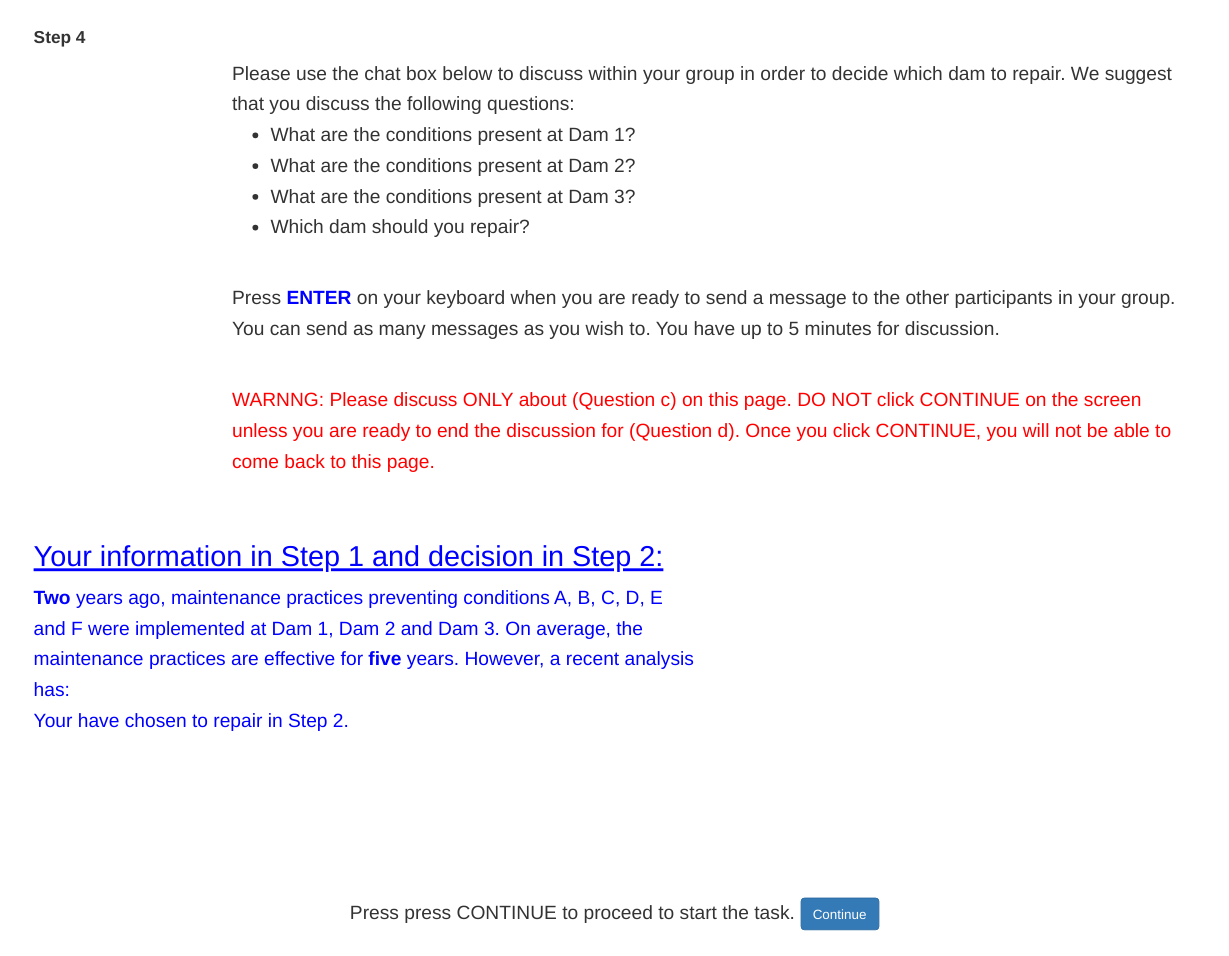
Repository: zmikaya/behavecon
Page: templates/group/Priming3Dams/Priming3Dams_p19.html
The author's editor kept a record of every edit. The page is drawn from the files as they stood at one moment, then again after the next edit.
The browser window is 1280 px wide. The pictures show the whole page, at 96% of full size.
The template is drawn by Django 2.2. The application's start-up code is not run. Other server files are loaded and not shown. The template is opened directly, without the code that normally fills it, so the values that code supplies are empty.

Above is the page before.
Console error: TypeError: Cannot read properties of null (reading 'getAttribute')

### templates/group/Priming3Dams/Priming3Dams_p19.html
{% extends 'sidebar-base.html' %}
{% load staticfiles %}

{% block body_block %}
    <!-- Page Content -->
    <div id="page-content-wrapper">
        <div class="container-fluid">
            <div class="progess-northwest">
                <h4><b>Step 4</b></h4>
            </div>
            <div class="row">
                <div class="col-lg-2"></div>
               <div class="col-lg-10 left-align-no-margin">
                    <p class="no-margin">Please use the chat box below to
                        discuss within your group in order to decide which dam
                        to repair. We suggest that you discuss the following
                        questions:</p>
                    <ul>
                        <li>What are the conditions present at Dam 1?</li>
                        <li>What are the conditions present at Dam 2?</li>
                        <li>What are the conditions present at Dam 3?</li>
                        <li>Which dam should you repair?</li>
                    </ul>
                    <p><br>Press <b><font color="blue">ENTER</font></b> on your
                        keyboard when you are ready to send a message to the other
                        participants in your group. You can send as many messages
                        as you wish to. You have up to 5 minutes for discussion.</p>
                    <p><br><font color="red">WARNNG: Please discuss ONLY about
                        (Question c) on this page. DO NOT click CONTINUE on the
                        screen unless you are ready to end the discussion for
                        (Question d). Once you click CONTINUE, you will not be
                        able to come back to this page.</font></p>
                </div>
            </div>
            <div class="row">
                <div class="col-lg-7 left-align">
                    <h2><font color="blue"><u>Your information in Step 1 and
                        decision in Step 2:</u></font></h2>
                    <p>
                        <font color="blue">
                            <b>Two</b> years ago, maintenance practices preventing conditions A, B, C, D, E and F were implemented at Dam 1, Dam 2 and Dam 3. On average, the maintenance practices are effective for <b>five</b>  years. However, a recent analysis has:
                            {% block info_block %}{% endblock %}
                            <br>Your have chosen to repair <b>{{damChoice}}</b> in Step 2.
                        </font>
                    </p>
                </div>
                {% if username %}
                {% if chat_room %}
                    <div id="tlkio" class="col-lg-5 chat" data-channel="{{ chat_room }}" data-nickname="{{ username }}" style="width:40%;height:400px;"></div>
                {% endif %}
                {% endif %}
            </div>
            <div class="row">
                <div class="col-lg-12 center">
                    <div>
                        <p class="inline continue">Press press CONTINUE to proceed to start the task.</p>
                        <!--<button type="button" class="btn btn-primary next" onclick="ajaxGetPage('p20')">Continue</button>-->
                        <a id="continue" class="btn btn-primary next"  href="/Category3Dams/p20">Continue</a>
                    </div>
                </div>
            </div>
                    <!--<a href="#menu-toggle" class="btn btn-default" id="menu-toggle">Toggle Menu</a>-->
        </div>
    </div>
    <!-- /#page-content-wrapper -->
{% endblock %}

### templates/sidebar-base.html
<!DOCTYPE html>
{% load staticfiles %}
<html lang="en">

<head>

    <meta charset="utf-8">
    <meta http-equiv="X-UA-Compatible" content="IE=edge">
    <meta name="viewport" content="width=device-width, initial-scale=1">
    <meta name="description" content="">
    <meta name="author" content="">

    <title>BehaveCon</title>

    <!-- Bootstrap Core CSS -->
    <link href="{% static "css/bootstrap.min.css" %}" rel="stylesheet">

    <!-- Custom CSS -->
    <link href="{% static "css/simple-sidebar.css" %}" rel="stylesheet">

    <link href="{% static "css/style.css" %}" rel="stylesheet">

    <script src="{% static "js/jquery.js" %}"></script>

    <script src="{% static "js/embed.js" %}" type="text/javascript"></script>

    <!-- HTML5 Shim and Respond.js IE8 support of HTML5 elements and media queries -->
    <!-- WARNING: Respond.js doesn't work if you view the page via file:// -->
    <!--[if lt IE 9]>
        <script src="https://oss.maxcdn.com/libs/html5shiv/3.7.0/html5shiv.js"></script>
        <script src="https://oss.maxcdn.com/libs/respond.js/1.4.2/respond.min.js"></script>
    <![endif]-->


</head>

<body>

    <!--<div id="wrapper">-->

        <!-- Sidebar -->
    <!--    <div id="sidebar-wrapper">-->
    <!--        <ul class="sidebar-nav">-->
    <!--            <li class="sidebar-brand">-->
    <!--                <a href="#">-->
    <!--                    Start Bootstrap-->
    <!--                </a>-->
    <!--            </li>-->
    <!--            <li>-->
    <!--                <a href="#">Dashboard</a>-->
    <!--            </li>-->
    <!--            <li>-->
    <!--                <a href="#">Shortcuts</a>-->
    <!--            </li>-->
    <!--            <li>-->
    <!--                <a href="#">Overview</a>-->
    <!--            </li>-->
    <!--            <li>-->
    <!--                <a href="#">Events</a>-->
    <!--            </li>-->
    <!--            <li>-->
    <!--                <a href="#">About</a>-->
    <!--            </li>-->
    <!--            <li>-->
    <!--                <a href="#">Services</a>-->
    <!--            </li>-->
    <!--            <li>-->
    <!--                <a href="#">Contact</a>-->
    <!--            </li>-->
    <!--        </ul>-->
    <!--    </div>-->
        <!-- /#sidebar-wrapper -->

        <!-- Page Content -->
        {% block body_block %}{% endblock %}
    <!-- /#wrapper -->

    <!-- jQuery -->
    <script src="{% static "js/jquery.js" %}"></script>

    <!-- Bootstrap Core JavaScript -->
    <script src="{% static "js/bootstrap.min.js" %}"></script>

    <script src="{% static "js/script.js" %}"></script>

    <!-- Menu Toggle Script -->
    <script>
    $("#menu-toggle").click(function(e) {
        e.preventDefault();
        $("#wrapper").toggleClass("toggled");
    });
    </script>

</body>

</html>

### static/css/simple-sidebar.css
/*!
 * Start Bootstrap - Simple Sidebar HTML Template (http://startbootstrap.com)
 * Code licensed under the Apache License v2.0.
 * For details, see http://www.apache.org/licenses/LICENSE-2.0.
 */

/* Toggle Styles */

#wrapper {
    padding-left: 0;
    -webkit-transition: all 0.5s ease;
    -moz-transition: all 0.5s ease;
    -o-transition: all 0.5s ease;
    transition: all 0.5s ease;
}

#wrapper.toggled {
    padding-left: 250px;
}

#sidebar-wrapper {
    z-index: 1000;
    position: fixed;
    left: 250px;
    width: 0;
    height: 100%;
    margin-left: -250px;
    overflow-y: auto;
    background: #000;
    -webkit-transition: all 0.5s ease;
    -moz-transition: all 0.5s ease;
    -o-transition: all 0.5s ease;
    transition: all 0.5s ease;
}

#wrapper.toggled #sidebar-wrapper {
    width: 250px;
}

#page-content-wrapper {
    width: 100%;
    position: absolute;
    padding: 15px;
}

#wrapper.toggled #page-content-wrapper {
    position: absolute;
    margin-right: -250px;
}

/* Sidebar Styles */

.sidebar-nav {
    position: absolute;
    top: 0;
    width: 250px;
    margin: 0;
    padding: 0;
    list-style: none;
}

.sidebar-nav li {
    text-indent: 20px;
    line-height: 40px;
}

.sidebar-nav li a {
    display: block;
    text-decoration: none;
    color: #999999;
}

.sidebar-nav li a:hover {
    text-decoration: none;
    color: #fff;
    background: rgba(255,255,255,0.2);
}

.sidebar-nav li a:active,
.sidebar-nav li a:focus {
    text-decoration: none;
}

.sidebar-nav > .sidebar-brand {
    height: 65px;
    font-size: 18px;
    line-height: 60px;
}

.sidebar-nav > .sidebar-brand a {
    color: #999999;
}

.sidebar-nav > .sidebar-brand a:hover {
    color: #fff;
    background: none;
}

@media(min-width:768px) {
    #wrapper {
        padding-left: 250px;
    }

    #wrapper.toggled {
        padding-left: 0;
    }

    #sidebar-wrapper {
        width: 250px;
    }

    #wrapper.toggled #sidebar-wrapper {
        width: 0;
    }

    #page-content-wrapper {
        padding: 20px;
        position: relative;
    }

    #wrapper.toggled #page-content-wrapper {
        position: relative;
        margin-right: 0;
    }
}

### static/css/style.css
.center {
    text-align: center;
    font-size: 20px;
    margin-top: 3%;
    line-height: 160%;
}

.left-align {
    font-size: 20px;
    margin-top: 3%;
    line-height: 160%;
}

.left-align-width {
    font-size: 20px;
    margin-top: 3%;
    line-height: 160%;
    width: 80% !important;
}

.left-align-no-margin {
    font-size: 20px;
    margin-top: 0;
    line-height: 160%;
}

.inline {
    display: inline-block;
}

.continue {
    margin-top: 10%;
}

.text {
    font-size: 20px;
    line-height: 160%;
}

.left {
    margin-top: 3%;
    width: 50%;
    float: left;
}

.right {
    margin-top: 3%;
    width: 50%;
    float: right;
}

.damTable {
    max-height: 100%;
    max-width: 100%;
    margin-top: 15%;
}

.damContinue {
    float: right;
    font-size: 20px;
    padding-right: 5%;
}

.bullet-points li {
    margin-bottom: 2%;
}

.practice-ml-row{
    height: 150px;
    border-bottom: thick solid #A69F9F;
}

.col-md-6 p{
    margin: 0;
    transform: translateY(50%);
}

.table-center {
    transform: translateY(50%);
}

.table-3-center {
    transform: translateY(20%);
}

.list-no-style {
    list-style-type: none;
}

.list-inline {
    vertical-align: top;
}

.table-inline {
    display: inline-block;
}
.border{
    height: 100%;
    border-left: thick solid #A69F9F;
}

.no-margin {
    margin: 0;
}

.chat {
    margin-top: 4%;
}

.enterinfo {
    width: 15%;
}

.error-msg {
    color: red;
}

.npresent {
    padding-left: 35px;
}



#leftAnswers {
    margin-top: 5%;
}

#black-border {
    border: solid black;
}

### static/js/embed.js
function tlkioOnload() {
    var target_element  = document.getElementById('tlkio'),
        channel_name    = target_element.getAttribute('data-channel'),
        custom_css_path = target_element.getAttribute('data-theme'),
        nickname        = target_element.getAttribute('data-nickname'),
        iframe          = document.createElement('iframe');

    // var iframe_src = 'http://embed.lvh.me:3000/' + channel_name,
    var iframe_src = '//embed.tlk.io/' + channel_name,
        iframe_query = [];


    if (custom_css_path && custom_css_path.length > 0) {
      iframe_query.push('custom_css_path=' + custom_css_path);
    }

    if (nickname && nickname.length > 0) {
      iframe_query.push('nickname=' + nickname);
    }

    if (iframe_query.length > 0) {
      iframe_src += '?' + iframe_query.join('&')
    }

    iframe.setAttribute('src', iframe_src);
    iframe.setAttribute('width', '100%');
    iframe.setAttribute('height', '100%');
    iframe.setAttribute('frameborder', '0');
    iframe.setAttribute('style', 'margin-bottom: -8px;');

    var current_style = target_element.getAttribute('style');
    target_element.setAttribute('style', 'overflow: auto; -webkit-overflow-scrolling: touch;' + current_style);

    target_element.appendChild(iframe);
};

### static/js/script.js
var url = "/Category3Dams/"

function getCookie(name) {
    var cookieValue = null;
    if (document.cookie && document.cookie != '') {
        var cookies = document.cookie.split(';');
        for (var i = 0; i < cookies.length; i++) {
            var cookie = jQuery.trim(cookies[i]);
            // Does this cookie string begin with the name we want?
            if (cookie.substring(0, name.length + 1) == (name + '=')) {
                cookieValue = decodeURIComponent(cookie.substring(name.length + 1));
                break;
            }
        }
    }
    return cookieValue;
}


// $('.next').click(function(){
//     var csrftoken = getCookie('csrftoken');
//     var id = $("#enterid").val();
//     var page = $(this).attr('id')+'/';
//     $.ajax({
//       type: "POST",
//       url: url + page,
//       data: {
//           'id': id,
//           'csrfmiddlewaretoken': csrftoken
//         },
//         success: nextPage,
//         dataType: 'html'
//     });
// });

function dictToList(dict) {
    var keys = Object.keys(dict).sort()
    var data = [];
    for (var i=0; i<keys.length; i++) {
        data.push(dict[keys[i]]);
    }
    return data
}

function ajaxGetPage(page, data){
    var csrftoken = getCookie('csrftoken');
    console.log(url+page)
    var id = $("#enterid").val();
    // var page = $(this).attr('id')+'/';
    if (data) {
        var out = JSON.stringify(dictToList(data));
        console.log(out)
        $.ajax({
          type: "POST",
          url: url + page,
          data: {
              'data': out,
              'csrfmiddlewaretoken': csrftoken
            },
            success: nextPage,
            dataType: 'html'
        });
    }
    else {
        $.ajax({
          type: "POST",
          url: url + page,
          data: {
              'id': id,
              'csrfmiddlewaretoken': csrftoken
            },
            success: nextPage,
            dataType: 'html'
        });
    }
};

function ajaxSendData(page, data){
    var csrftoken = getCookie('csrftoken');
    console.log(url+page)
    var id = $("#enterid").val();
    // var page = $(this).attr('id')+'/';
    if (data) {
        var out = JSON.stringify(dictToList(data));
        console.log(out)
        $.ajax({
          type: "POST",
          url: url + page,
          data: {
              'data': out,
              'csrfmiddlewaretoken': csrftoken
            },
            success: emptyReturn,
            dataType: 'html'
        });
    }
}


function emptyReturn(data, textStatus, jqXHR){
    // var data = $.parseHTML(data);
    // console.log(data)
    // $("html").empty();
    // for(var i=0; i<data.length; i++){
    //     $("html").append(data[i])
    // }
    // if (tlkioOnload) {
    //     tlkioOnload();
    // }
}

// if (tlkioOnload) {
//     tlkioOnload();
// }


// handles the returned html/data from Django
// clears existing body, then replaces it with returned html
var test = null;
function nextPage(data, textStatus, jqXHR){
    test = data;
    var data = $.parseHTML(data);
    console.log(data)
    $("html").empty();
    for(var i=0; i<data.length; i++){
        $("html").append(data[i])
    }
    if (tlkioOnload) {
        tlkioOnload();
    }
}

if (tlkioOnload) {
    tlkioOnload();
}

Loaded but not shown: static/css/bootstrap.min.css (library); static/js/jquery.js (library); static/js/bootstrap.min.js (library)

After the next edit:
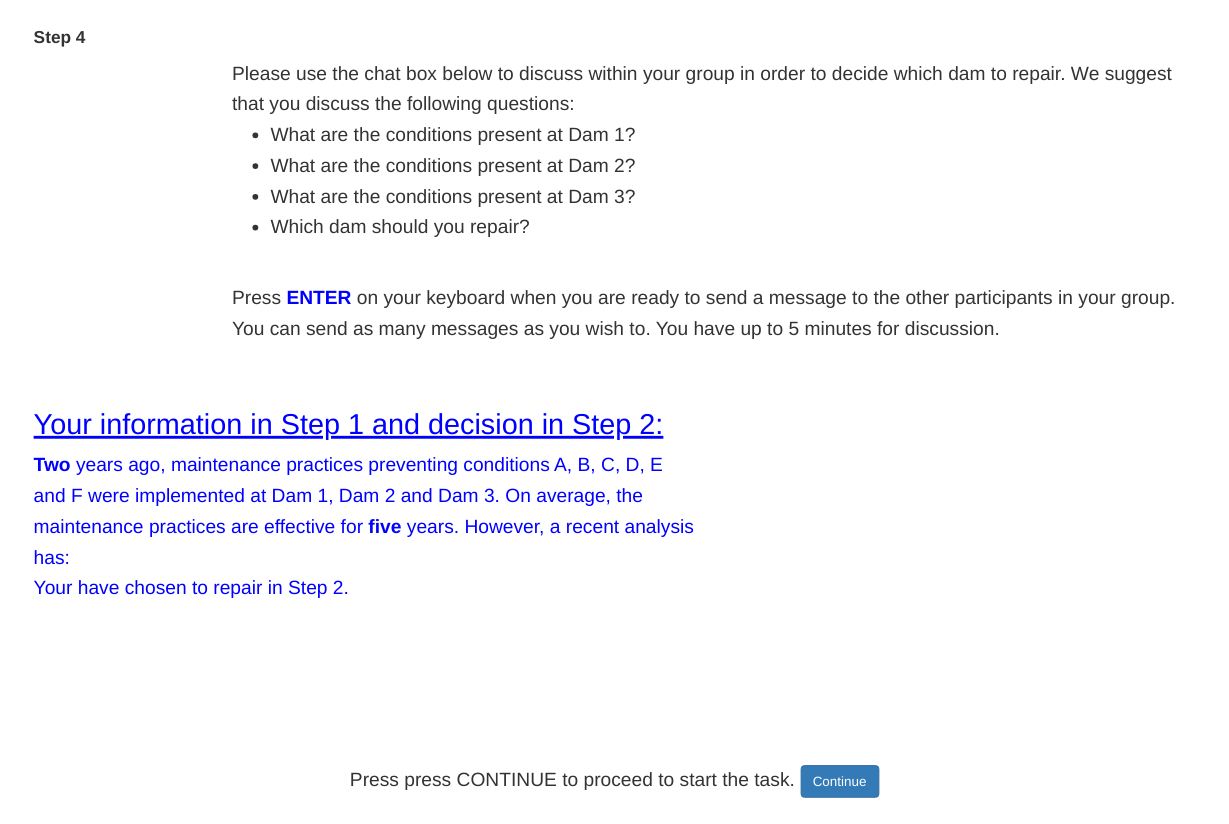
The edit:
--- a/templates/group/Priming3Dams/Priming3Dams_p19.html
+++ b/templates/group/Priming3Dams/Priming3Dams_p19.html
@@ -25,11 +25,11 @@
                         keyboard when you are ready to send a message to the other
                         participants in your group. You can send as many messages
                         as you wish to. You have up to 5 minutes for discussion.</p>
-                    <p><br><font color="red">WARNNG: Please discuss ONLY about
-                        (Question c) on this page. DO NOT click CONTINUE on the
-                        screen unless you are ready to end the discussion for
-                        (Question d). Once you click CONTINUE, you will not be
-                        able to come back to this page.</font></p>
+                    <!--<p><br><font color="red">WARNNG: Please discuss ONLY about -->
+                    <!--    (Question c) on this page. DO NOT click CONTINUE on the -->
+                    <!--    screen unless you are ready to end the discussion for -->
+                    <!--    (Question d). Once you click CONTINUE, you will not be -->
+                    <!--    able to come back to this page.</font></p>-->
                 </div>
             </div>
             <div class="row">
